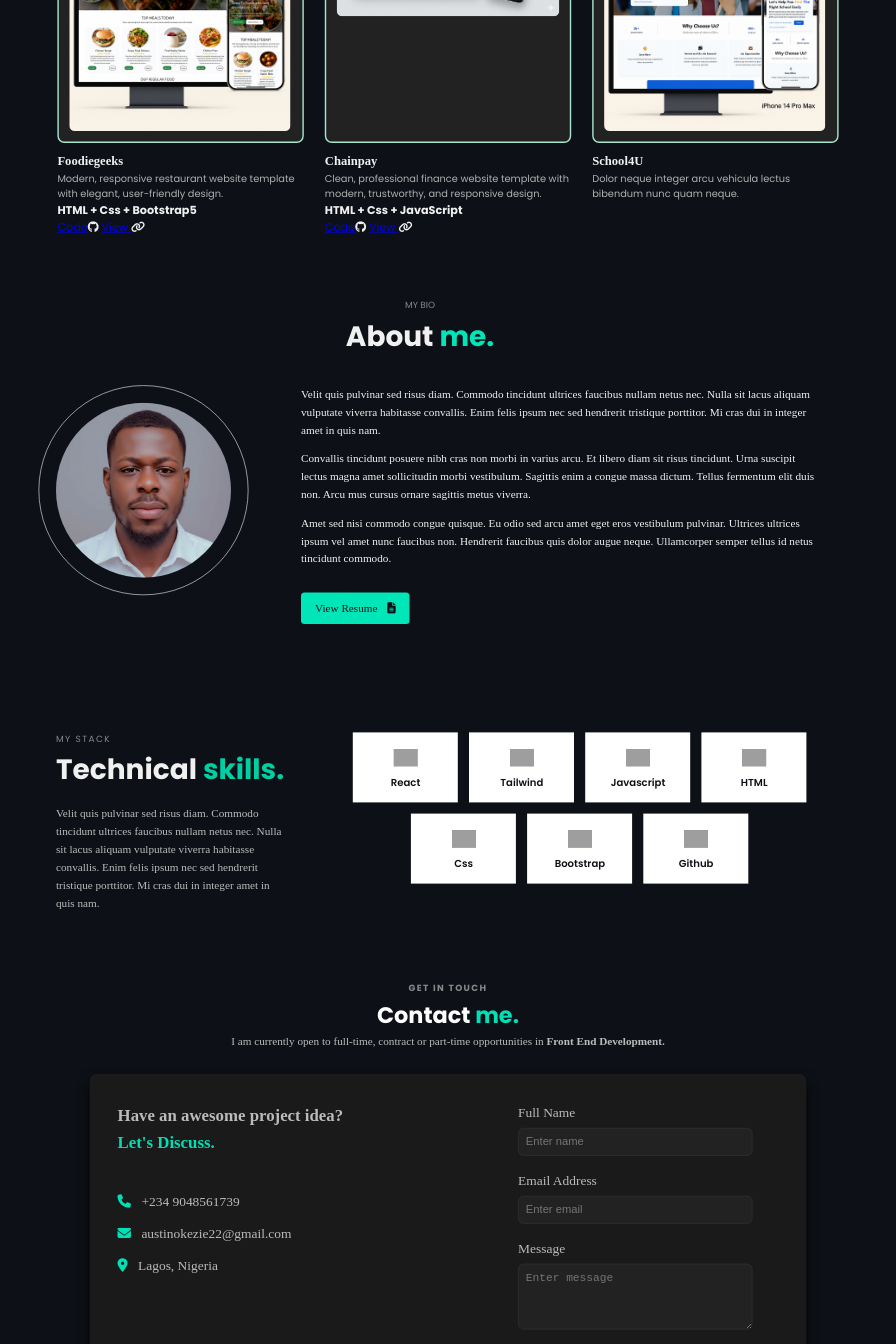
Repository: Austinokezie/Myportfolio
Page: index.html
These files come from the project's save history. The page is drawn as it stood at one moment and after the next save; the edit follows.
The browser window is 1280 px wide. The pictures show the part of the page from y = 1675 to 3595 px (the page is 3994 px tall before and 4019 px after), at 70% of full size.
Pictures or frames that could not be fetched are drawn as grey boxes. Some web fonts or font styles are not loaded; a fallback is used.

Above is the page before, as saved 2025-10-15 12:00:49.

### index.html
<!DOCTYPE html>
<html lang="en">
<head>
    <meta charset="UTF-8">
    <meta name="viewport" content="width=device-width, initial-scale=1.0">
    <title>My Portfolio</title>
    <link rel="stylesheet" href="./style.css">
    <link rel="stylesheet" href="./mediaqueries.css">
    <link rel="stylesheet" href="./lib/css/bootstrap-grid.min.css">
    <link rel="stylesheet" href="./lib/js/bootstrap.bundle.min.js">
    <link rel="stylesheet" href="https://cdnjs.cloudflare.com/ajax/libs/font-awesome/6.5.0/css/all.min.css">
</head>
<body>
    <header>
        <nav class="navbar">
          <div class="logo">Aus<span>D</span>ev</div>



           <ul class="nav-links">
               <a href="#" id="close"><img src="./Asset/icons8-close-100.png" alt=""></a>
              <li><a href="#Home"  class="active">Home</a></li>
              <li><a href="#Projects">Featured projects</a></li>
              <li><a href="#About me">About me</a></li>
             <li><a href="#Contact">Contact me</a></li>
           </ul>

          <a href="#"  class=" downloadCV  resume-btn">View Resume <i class="fas fa-file-alt"></i> </a>

          <a href="#" id="fa-bars"  ><img src="./Asset/icons8-menu-100.png" alt=""></i></a>
       </nav>
  </header>

   <section class="intro" id="Home">
      <div class="overlay"></div>
      <div class="intro-content">
         <h1>Hi, I am <span>Austen Okezie</span></h1>
           <p>
              A seasoned <span class="highlight">Frontend Developer</span> transforming ideas into
              stunning digital experiences. Let’s create something amazing!
           </p>

          <div class="social-links">
              <a href="https://github.com/Austinokezie" title="GitHub"><img src="./Asset/icons8-github-30.png" alt=""></a>
              <a href="mailto:austinokezie22@gmail.com" title="Medium"><img src="./Asset/icons8-email-30.png" alt=""></a>
              <a href="https://www.linkedin.com/in/austin-okezie?utm_source=share&utm_campaign=share_via&utm_content=profile&utm_medium=android_app title=" title="linkedin"><img src="./Asset/icons8-linkedin-30.png" alt=""></a>
             <a href="#" title="Twitter"><img src="./Asset/icons8-twitter-30.png" alt=""></a>
          </div>

       </div>
    </section>

    <div class="services-section">
       <h3 class="sub-heading">SERVICES</h3>
       <h2 class="main-heading">What <span>I do.</span></h2>

        <div class="services-container">

          <div class="service-card active">
             <div class="card-number">01</div>
             <div class="card-icon">💻</div>
              <h3>Web Development</h3>
             <div class="underline"></div>
             <p>I use my knowledge of various programming languages such as HTML5, CSS3, JavaScript, and Tailwind to build digital solutions for users.</p>
           </div>

           <div class="service-card">
             <div class="card-number">02</div>
              <div class="card-icon">🎨</div>
              <h3>UI Design</h3>
             <div class="underline"></div>
              <p>Crafting user-centric digital experiences that seamlessly blend aesthetics and functionality. Expert in user-centered design and responsive interfaces.</p>
            </div>

           <div class="service-card">
             <div class="card-number">03</div>
             <div class="card-icon">✍</div>
             <h3>Content Writing</h3>
              <div class="underline"></div>
              <p>Weaving impactful narratives and delivering engaging content that resonates with readers. Combining creativity with research for compelling pieces.</p>
           </div>

        </div>
   </div>

   <section class="portfolio-section" id="Projects">
      <div class="container">
          <h2 class="portfolio-title">PORTFOLIO</h2>
          <h1 class="featured-projects">Featured <span> projects.</span></h1>
           <div class="projects-grid">
                 <div class="project-card">
                   <div class="project-image-placeholder">
                      <img src="./Asset/Foodiegeeks mockup1.png" alt="img">
                   </div>
                   <h3 class="project-name">Foodiegeeks</h3>
                   <p class="project-description">Modern, responsive restaurant website template with elegant, user-friendly design.</p>
                   <h4 class="stack">HTML + Css + Bootstrap5</h4>
                   <a href="#">Code</a><i class="fa-brands fa-github"></i> <span><a href="#">View </a><i class="fa-solid fa-link"></i></span>
                 </div>

               <div class="project-card">
                   <div class="project-image-placeholder">
                      <img src="./Asset/Chainpay mockup1.png" alt="img">
                    </div>
                  <h3 class="project-name">Chainpay</h3>
                  <p class="project-description">Clean, professional finance website template with modern, trustworthy, and responsive design.</p>
                   <h4 class="stack">HTML + Css + JavaScript</h4>
                   <a href="#">Code</a><i class="fa-brands fa-github"></i> <span><a href="#">View </a><i class="fa-solid fa-link"></i></span>

               </div>

               <div class="project-card">
                   <div class="project-image-placeholder">
                     <img src="./Asset/Edtech mockup2.png" alt="img">
                   </div>
                   <h3 class="project-name">School4U</h3>
                   <p class="project-description">Dolor neque integer arcu vehicula lectus bibendum nunc quam neque.</p>
               </div>
            </div>
      </div>
   </section>


   <div class="about-me-container" id="About me">
        <div class="section-header">
            <p>MY BIO</p>
            <h1>About <span>me.</span></h1>
        </div>

        <section class="content-wrapper">
            <div class="bio-visuals">
                <div class="photo-orbit-container">
                    <img src="./Asset/Austen Okezie.jpg" alt="Profile Picture" class="profile-photo">

                    <div class="orbit-path"></div>
                </div>
            </div>

            <div class="bio-text">
                <p>
                    Velit quis pulvinar sed risus diam. Commodo tincidunt ultrices faucibus nullam netus nec. Nulla sit lacus aliquam vulputate viverra habitasse convallis. Enim felis ipsum nec sed hendrerit tristique porttitor. Mi cras dui in integer amet in quis nam.
                </p>
                <p>
                    Convallis tincidunt posuere nibh cras non morbi in varius arcu. Et libero diam sit risus tincidunt. Urna suscipit lectus magna amet sollicitudin morbi vestibulum. Sagittis enim a congue massa dictum. Tellus fermentum elit duis non. Arcu mus cursus ornare sagittis metus viverra.
                </p>
                <p>
                    Amet sed nisi commodo congue quisque. Eu odio sed arcu amet eget eros vestibulum pulvinar. Ultrices ultrices ipsum vel amet nunc faucibus non. Hendrerit faucibus quis dolor augue neque. Ullamcorper semper tellus id netus tincidunt commodo.
                </p>

                <a href="#"  class=" downloadCV view-resume-btn">
                    View Resume <i class="fas fa-file-alt"></i>
                </a>
            </div>
        </section>
    </div>


    <div class="skills-section-container">
        <div class="skills-content-wrapper">

            <div class="skills-text-area">
                <p class="skills-subtitle">MY STACK</p>
                <h2 class="skills-title">Technical <span>skills.</span></h2>
                <p class="skills-description">
                    Velit quis pulvinar sed risus diam. Commodo tincidunt ultrices faucibus nullam netus nec. Nulla sit lacus aliquam vulputate viverra habitasse convallis. Enim felis ipsum nec sed hendrerit tristique porttitor. Mi cras dui in integer amet in quis nam.
                </p>
            </div>


                    <div class="skills">
                        <div class="skill-card">
                           <img src="https://devicon-website.vercel.app/api/react/original-wordmark.svg" alt="React">
                           <span>React</span>

                        </div>

                        <div class="skill-card">
                           <img src="https://devicon-website.vercel.app/api/tailwindcss/original-wordmark.svg" alt="Tailwind">
                           <span>Tailwind</span>
                        </div>

                        <div class="skill-card">
                          <img src="https://devicon-website.vercel.app/api/javascript/original.svg" alt="Javascript">
                           <span>Javascript</span>
                        </div>

                        <div class="skill-card">
                           <img src="https://devicon-website.vercel.app/api/html5/original.svg" alt="HTML">
                           <span>HTML</span>
                        </div>

                        <div class="skill-card">
                           <img src="https://devicon-website.vercel.app/api/css3/original.svg" alt="Css">
                           <span>Css</span>
                        </div>

                        <div class="skill-card">
                           <img src="https://devicon-website.vercel.app/api/bootstrap/original.svg" alt="Bootstrap">
                           <span>Bootstrap</span>
                        </div>

                        <div class="skill-card">
                           <img src="https://devicon-website.vercel.app/api/github/original.svg" alt="Github">
                           <span>Github</span>
                        </div>
                    </div>


        </div>



    </div>

   <section class="contact" id="Contact">
        <div class="contact-header">
          <h4>GET IN TOUCH</h4>
          <h2>Contact <span>me.</span></h2>
           <p>
              I am currently open to full-time, contract or part-time opportunities in
              <strong>Front End Development.</strong>
           </p>
       </div>

       <div class="contact-container">
          <!-- Left side -->
           <div class="contact-info">
              <h3>Have an awesome project idea?<br><span>Let's Discuss.</span></h3>
                <ul>
                   <li><i class="fas fa-phone"></i> +234 9048561739</li>
                   <li><i class="fas fa-envelope"></i> austinokezie22@gmail.com</li>
                  <li><i class="fas fa-map-marker-alt"></i> Lagos, Nigeria</li>
               </ul>
           </div>

          <!-- Right side -->
          <form class="contact-form">
               <div class="input-group">
                  <label for="name" class="name">Full Name</label>
                  <input type="text" id="name" placeholder="Enter name" required />
               </div>

               <div class="input-group">
                  <label for="email" class="Email">Email Address</label>
                  <input type="email" id="email" placeholder="Enter email" required />
               </div>

                <div class="input-group">
                  <label for="message" class="message">Message</label>
                  <textarea id="message" rows="4" placeholder="Enter message" required></textarea>
               </div>

                 <button type="submit" class="btn">Send Message</button>
            </form>
         </div>
    </section>

    <footer class="footer">
       <div class="footer-container">
         <!-- Left Column -->
           <div class="footer-section">
             <h3>Aus<span>t</span>en</h3>
             <p>Building innovative web solutions to solve real-world problems.</p>
           </div>

           <!-- Middle Column -->
           <div class="footer-section">
              <h3>Connect with me</h3>
               <div class="social-icons">
                   <a href="#"><i class="fab fa-x-twitter"></i></a>
                   <a href="https://www.linkedin.com/in/austin-okezie?utm_source=share&utm_campaign=share_via&utm_content=profile&utm_medium=android_app title="><i class="fab fa-linkedin"></i></a>
                   <a href="https://github.com/Austinokezie"><i class="fab fa-github"></i></a>
                   <a href="#"><i class="fa-solid fa-envelope"></i></a>
                   <!-- <a href="#"><i class="fab fa-facebook"></i></a>
                   <a href="#"><i class="fab fa-tiktok"></i></a> -->
                </div>
           </div>

           <!-- Right Column -->
           <div class="footer-section">
              <h3>Let's Talk</h3>
             <p>Schedule a call with me to discuss your project.</p>
             <a href="#" class="btn">Schedule a Call</a>
           </div>
       </div>
    </footer>













         <!-- Arrow -->
        <!-- <div class="text-center mt-5">
           <img
             src="./Asset/icons8-arrow-down-100.png"
             alt="arrow icon"
             class="icon arrow img-fluid"
             style="width: 50px; cursor: pointer;"
             onclick="location.href='./experience'"
            >
       </div> -->





 <!--
        <img src="./Asset/icons8-arrow-down-100.png" alt="arrow icon"
           class="icon arrow"
           onclick="location.href= './experience'"
        >  -->
















 <script src="https://cdn.emailjs.com/dist/email.min.js"></script>

 <script src="./script.js"></script>

</body>
</html>

Loaded but not shown: lib/css/bootstrap-grid.min.css (library); lib/js/bootstrap.bundle.min.js (library); script.js (91 lines, source omitted); style.css (1821 lines, source omitted); mediaqueries.css (empty)

After the next save:
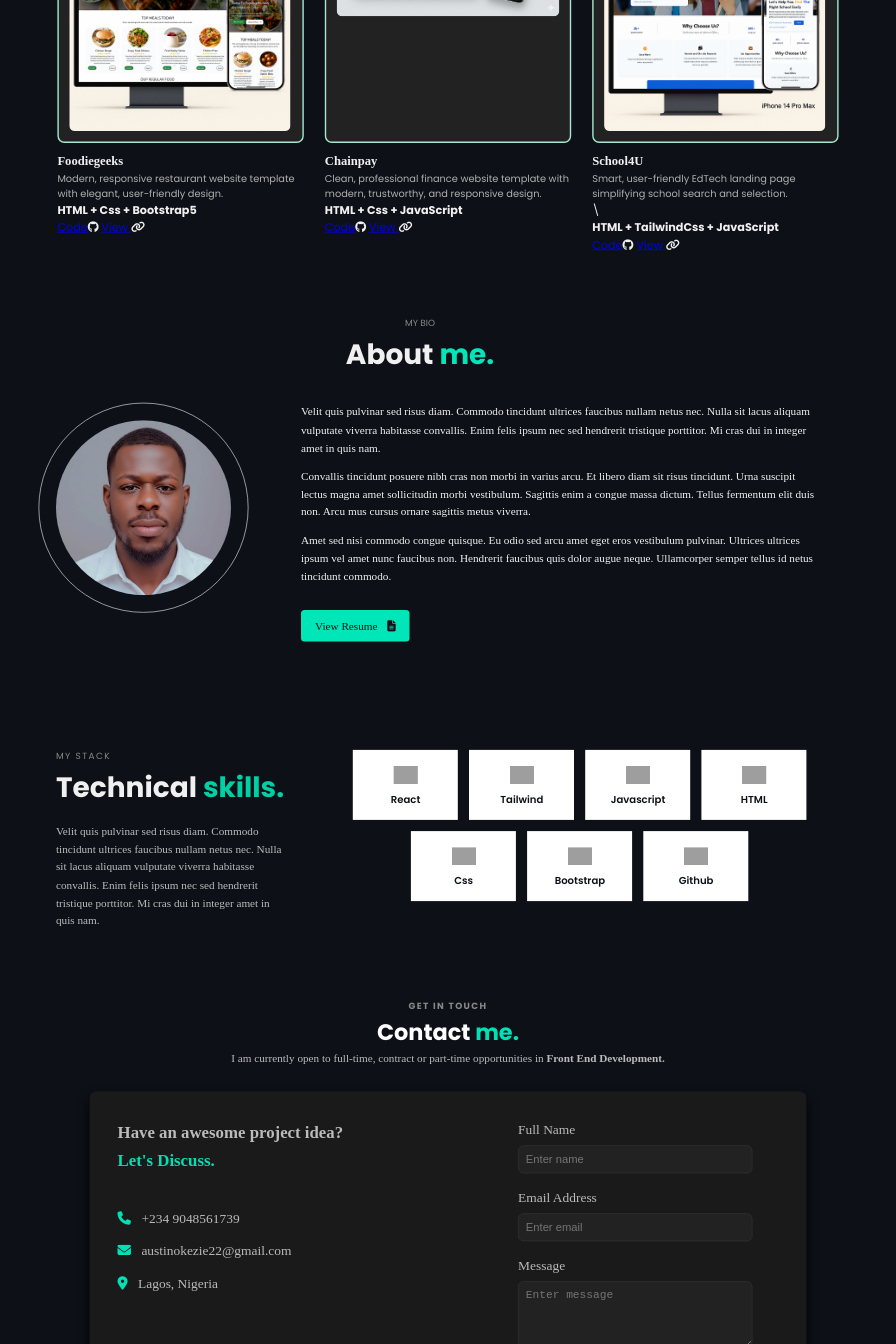
Saved 2 min 31 s later.
--- a/index.html
+++ b/index.html
@@ -114,7 +114,9 @@
                      <img src="./Asset/Edtech mockup2.png" alt="img">
                    </div>
                    <h3 class="project-name">School4U</h3>
-                   <p class="project-description">Dolor neque integer arcu vehicula lectus bibendum nunc quam neque.</p>
+                   <p class="project-description">Smart, user-friendly EdTech landing page simplifying school search and selection.</p>
+                    \<h4 class="stack">HTML + TailwindCss + JavaScript</h4>
+                   <a href="#">Code</a><i class="fa-brands fa-github"></i> <span><a href="#">View </a><i class="fa-solid fa-link"></i></span>
                </div>
             </div>
       </div>

After the save that followed:
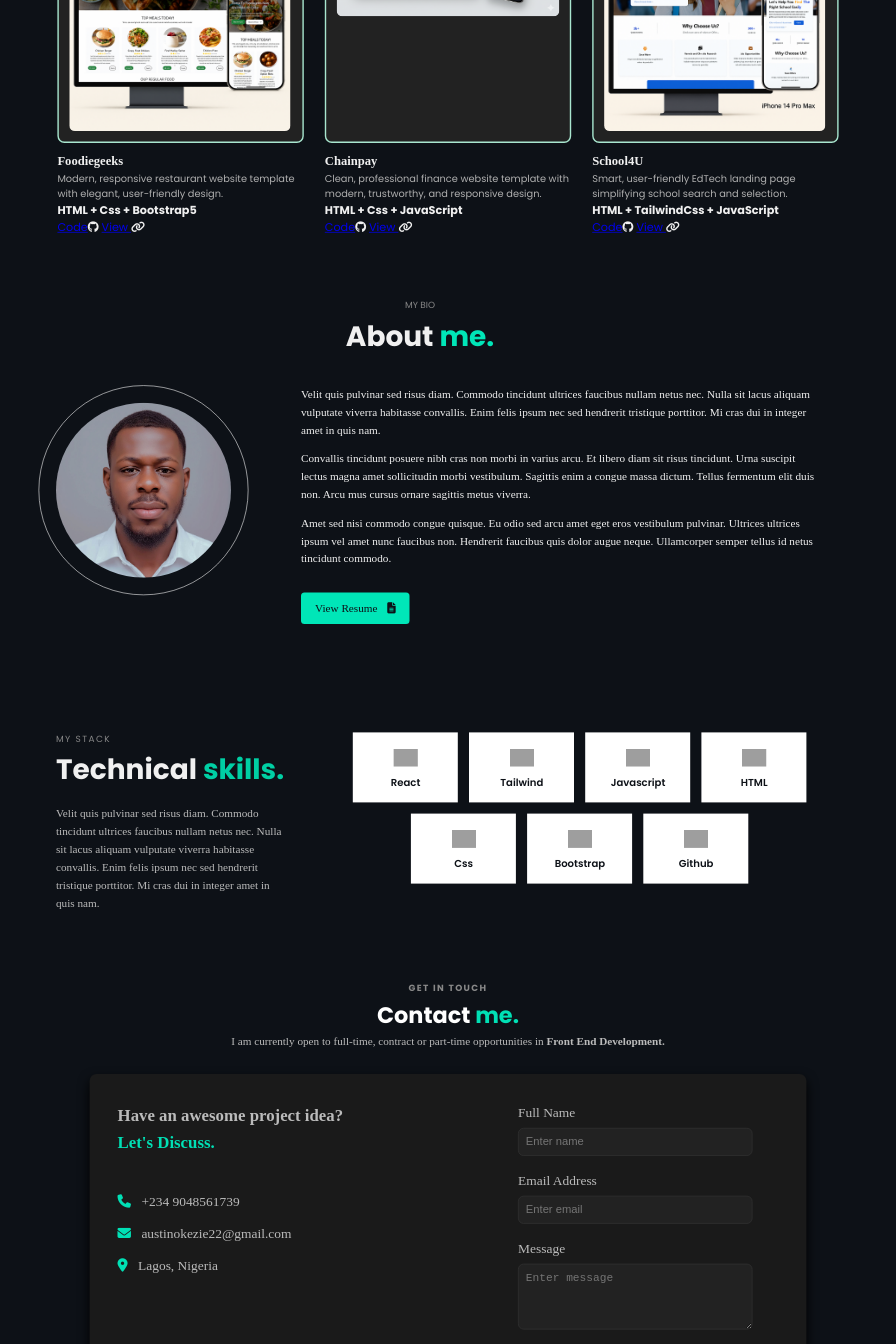
Saved 17 s later.
--- a/index.html
+++ b/index.html
@@ -115,7 +115,7 @@
                    </div>
                    <h3 class="project-name">School4U</h3>
                    <p class="project-description">Smart, user-friendly EdTech landing page simplifying school search and selection.</p>
-                    \<h4 class="stack">HTML + TailwindCss + JavaScript</h4>
+                   <h4 class="stack">HTML + TailwindCss + JavaScript</h4>
                    <a href="#">Code</a><i class="fa-brands fa-github"></i> <span><a href="#">View </a><i class="fa-solid fa-link"></i></span>
                </div>
             </div>
